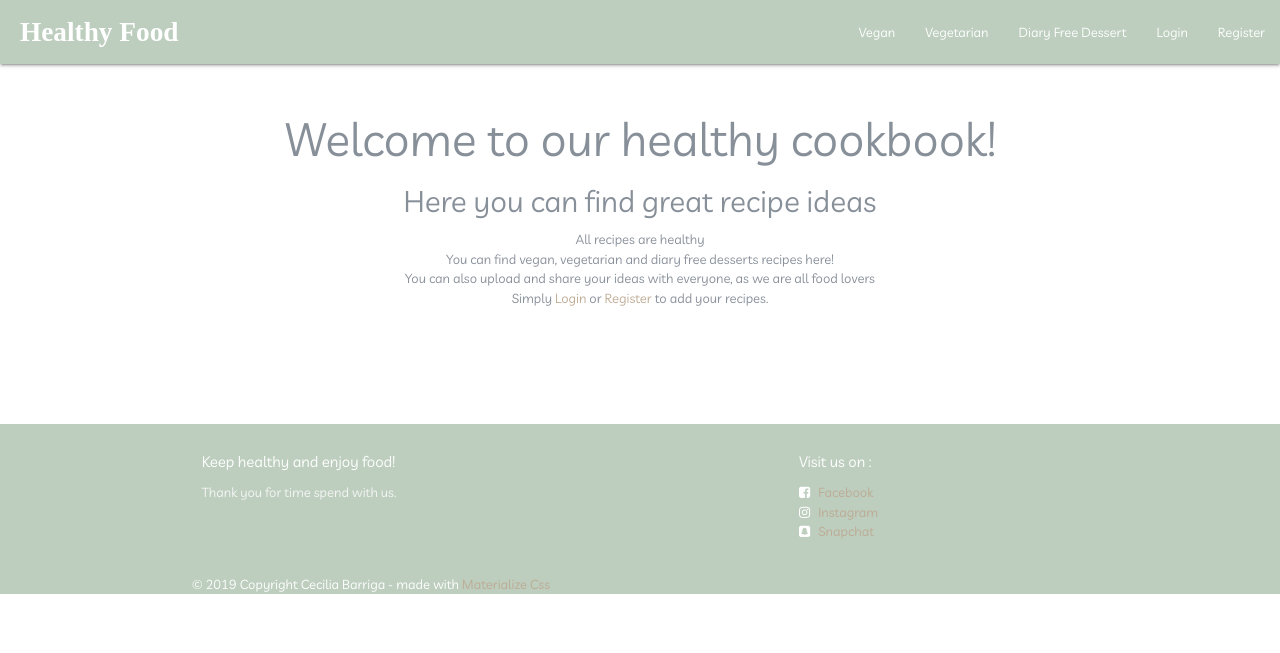
Repository: cesole/cookbook
Page: http://localhost/
The author's editor kept a record of every edit. The page is drawn from the files as they stood at one moment, then again after the next edit.
The browser window is 1280 px wide. The pictures show the whole page.
Some web fonts or font styles are not loaded; a fallback is used. The page is served by the project's application, run on Flask 3 (app.py).

Above is the page before.

### templates/index.html
{% extends 'base.html'%}
{% block content %}
<div class="container-fluid" style="{{ url_for('static', filename='images/background.jpg') }}" id="index">
    <h2>Welcome to our healthy cookbook!</h2>
    <h4>Here you can find great recipe ideas</h4>
     <p class="index">All recipes are healthy<br>You can find vegan, vegetarian and diary free desserts recipes here!<br>
                                                    You can also upload and share your ideas with everyone, as we are all food lovers<br>
                                                    Simply <a class="orange-text text-lighten-3" href="{{url_for('login')}}">Login</a> or <a class="orange-text text-lighten-3" href="{{url_for('register')}}">Register</a> to add your recipes.</p>
</div>
{% endblock %}

### templates/base.html
<!DOCTYPE html>
<html lang="en">

<head>
    <meta charset="UTF-8">
    <meta name="viewport" content="width=device-width, initial-scale=1.0">

    <link href="https://fonts.googleapis.com/icon?family=Material+Icons" rel="stylesheet">
    <!-- Compiled and minified CSS -->
    <link rel="stylesheet" href="{{ url_for('static', filename='css/materialize.min.css') }}" type="text/css" />
    <link href="https://stackpath.bootstrapcdn.com/font-awesome/4.7.0/css/font-awesome.min.css" rel="stylesheet" integrity="sha384-wvfXpqpZZVQGK6TAh5PVlGOfQNHSoD2xbE+QkPxCAFlNEevoEH3Sl0sibVcOQVnN" crossorigin="anonymous">
    <link href="https://fonts.googleapis.com/css?family=Livvic|Londrina+Outline&display=swap" rel="stylesheet">
    <link rel="stylesheet" href="{{ url_for('static', filename='css/style.css') }}" type="text/css" />


    <title>Cookbook</title>
</head>

<body class="container-fluid">
    <nav>
        <div class="nav-wrapper">
            <a href="{{url_for('index')}}" class="brand-logo">Healthy Food</a>
            <a href="#" data-target="mobile-demo" class="sidenav-trigger"><i class="material-icons">menu</i></a>
            <ul class="right hide-on-med-and-down">
                {% if session.username %}
                <li>Hello, {{ session.username }}!</li>
                {% endif %}
                <li><a href="{{url_for('vegan')}}">Vegan</a></li>
                <li><a href="{{url_for('vegetarian')}}">Vegetarian</a></li>
                <li><a href="{{url_for('dessert')}}">Diary Free Dessert</a></li>
                {% if not session.username %}
                <li><a href="{{url_for('login')}}">Login</a></li>
                <li><a href="{{url_for('register')}}">Register</a></li>
                {% else %}
                <li><a href="{{url_for('get_my_recipes')}}">My Recipes</a></li>
                <li><a href="{{url_for('logout')}}">Logout</a></li>
                {% endif %}
            </ul>
        </div>
        <ul class="sidenav" id="mobile-demo">
            {% if session.username %}
            <li>Hello, {{ session.username }}!</li>
            {% endif %}
            <li><a href="{{url_for('vegan')}}">Vegan</a></li>
            <li><a href="{{url_for('vegetarian')}}">Vegetarian</a></li>
            <li><a href="{{url_for('dessert')}}">Diary Free Dessert</a></li>
            {% if not session.username %}
            <li><a href="{{url_for('login')}}">Login</a></li>
            <li><a href="{{url_for('register')}}">Register</a></li>
            {% else %}
            <li><a href="{{url_for('get_my_recipes')}}">My Recipes</a></li>
            <li><a href="{{url_for('logout')}}">Logout</a></li>
            {% endif %}
        </ul>
    </nav>

    <div class="container-fluid">
        <main>{% block content %}{% endblock %}</main>
    </div>

    <footer class="page-footer">
        <div class="container">
            <div class="row">
                <div class="col l6 s12">
                    <h6 class="white-text">Keep healthy and enjoy food!</h6>
                    <p class="grey-text text-lighten-4">Thank you for time spend with us.</p>
                </div>
                <div class="col l4 offset-l2 s12">
                    <h6 class="white-text">Visit us on :</h6>
                    <ul>
                        <li><i class="fa fa-facebook-square"></i><a class="social-media" href="https://www.facebook.com/" target="_blank">Facebook</a></li>
                        <li><i class="fa fa-instagram"></i><a class="social-media" href="https://www.instagram.com/" target="_blank">Instagram</a></li>
                        <li><i class="fa fa-snapchat-square"></i><a class="social-media" href="https://www.snapchat.com/" target="_blank">Snapchat</a></li>
                    </ul>
                </div>
            </div>
            <div class="copyright">
                <div class="row">
                    © 2019 Copyright Cecilia Barriga - made with <a class="orange-text text-lighten-3" href="https://materializecss.com/" target="_blank">Materialize Css</a>
                </div>
            </div>
        </div>
    </footer>


    <script src="https://code.jquery.com/jquery-3.3.1.slim.min.js" integrity="sha384-q8i/X+965DzO0rT7abK41JStQIAqVgRVzpbzo5smXKp4YfRvH+8abtTE1Pi6jizo" crossorigin="anonymous"></script>
    <!-- Compiled and minified JavaScript -->
    <script src="https://cdnjs.cloudflare.com/ajax/libs/materialize/1.0.0/js/materialize.min.js"></script>

    <script>
        $(document).ready(function() {
            $('.sidenav').sidenav();
            $('.parallax').parallax();
            $('.carousel').carousel();
            $('.slider').slider();
            $('select').formSelect();
        });
    </script>

</body>

</html>

### app.py
import os
from flask import Flask, render_template, flash, redirect, request, url_for, session, make_response, current_app
from flask_pymongo import PyMongo
import pymongo
from pymongo import MongoClient
from bson.objectid import ObjectId
import json
from datetime import datetime
from functools import update_wrapper


app = Flask(__name__)
app.config["MONGO_DBNAME"] = 'cook_book'
app.config["MONGO_URI"] = os.getenv('MONGO_URI', 'mongodb://localhost')
app.config['SECRET_KEY'] = "cooking_book"


mongo = PyMongo(app)




@app.route('/')
@app.route('/index')
def index():
    return render_template('index.html')

@app.route('/vegan')
def vegan():
    return render_template('vegan.html',
                            meals=mongo.db.meals.find())

@app.route('/vegetarian')
def vegetarian():
    return render_template('vegetarian.html',
                            meals=mongo.db.meals.find())

@app.route('/dessert')
def dessert():
    return render_template('dessert.html',
                            meals=mongo.db.meals.find())

@app.route('/login', methods=["POST", "GET"])
def login():
    users = mongo.db.users
    login_user = users.find_one({"username" : request.form.get("username", False)})
    if login_user:
        if (request.form['pass']) == login_user['password']:
            session['username'] = request.form['username']
            return redirect(url_for('index'))
        flash('Invalid username/password combination')

    return render_template('login.html')




@app.route('/register', methods=["POST", "GET"])
def register():
    if request.method == "POST":
        users = mongo.db.users
        existing_user = users.find_one({"username" : request.form['username']})
        if existing_user is None:
            users.insert({'username' : request.form['username'],
                            'password' : request.form['pass']
            })
            session['username'] = request.form['username']
            return redirect(url_for('index'))
        flash("Username already exist! Try again!")
    return render_template('register.html')


@app.route('/get_my_recipes', methods=['GET', 'POST'])
def get_my_recipes():
    if not 'username' in session:
        return redirect('/login')
    else:
        meals = mongo.db.meals.find()
        return render_template('user_recipes.html',
                           user=session['username'],
                        meals=meals)

@app.route('/add_recipe')
def add_recipe():
    return render_template('add_recipe.html',
                            categories=mongo.db.categories.find(),
                            meals=mongo.db.meals.find())


@app.route('/insert_recipe', methods=['POST'])
def insert_recipe():
    meals =  mongo.db.meals
    meals.insert_one(request.form.to_dict())
    return render_template('user_recipes.html',
    categories=mongo.db.categories.find(),
                            meals=mongo.db.meals.find())


@app.route('/delete_recipe/<meal_id>')
def delete_recipe(meal_id):
    mongo.db.meals.remove({'_id': ObjectId(meal_id)})
    return redirect(url_for('get_my_recipes'))


@app.route('/edit_recipe/<meal_id>')
def edit_recipe(meal_id):
    the_meal =  mongo.db.meal.find_one({"_id": ObjectId(meal_id)})
    all_categories =  mongo.db.categories.find()
    return render_template('edit_recipe.html', meal=the_meal,
                           categories=all_categories)


@app.route('/update_recipe/<meal_id>', methods=["POST"])
def update_recipe(meal_id):
    meals = mongo.db.meals
    meals.update( {'_id': ObjectId(meal_id)},
    {
        'dish_name':request.form.get('dish_name'),
        'category_name':request.form.get('category_name'),
        'dish_description': request.form.get('dish_description'),
        'ingredient_one': request.form.get('ingredient_one'),
        'ingredient_two': request.form.get('ingredient_two'),
        'ingredient_three': request.form.get('ingredient_three'),
        'ingredient_four': request.form.get('ingredient_four'),
        'ingredient_five': request.form.get('ingredient_five'),
        'ingredient_six': request.form.get('ingredient_six'),
        'step_one': request.form.get('step_one'),
        'step_two': request.form.get('step_two'),
        'step_three': request.form.get('step_three'),
        'step_four': request.form.get('step_four'),
        'step_five': request.form.get('step_five'),
        'step_six': request.form.get('step_six'),
        'image': request.form.get('image'),
        'cook_time': request.form.get('cook_time'),
        'prep_time': request.form.get('prep_time'),
        'author': request.form.get('author')
    })
    return redirect(url_for('get_my_recipes'))



@app.route('/logout')
def logout():
    session.clear()
    return redirect(url_for('index'))

@app.route('/recipe/<meal_id>', methods=['GET', 'POST'])
def recipe(meal_id):
    the_meal =  mongo.db.meals.find_one({"_id": ObjectId(meal_id)})
    return render_template('recipe.html', meal=the_meal)


if __name__ == '__main__':
    app.run(host=os.environ.get('IP'),
            port=int(os.environ.get('PORT')),
            debug=True)

### static/css/style.css
#index {
    color: #878f99;
    text-align: center;
}

#index h2 {
    font-size: 3.56rem;
    line-height: 110%;
    margin: 0 !important;
    padding-top: 50px;
}

nav .nav-wrapper {
    position: relative;
    height: 100%;
    background-color: #bdcebe !important;
    color: white;
}

.index-container {
    margin-left: 30px;
    color: #878f99;
}

.brand-logo {
    font-family: 'Londrina Outline', cursive;
    font-weight: bold;
    margin-left: 20px;
}

html {
    font-family: 'Livvic', sans-serif;
}

.description {
    font-size: 1.5rem;
}

main {
    min-height: 50vh;
}

form {
    margin-top: 50px;
}

.meals {
    padding-top: 50px;
}

span.card-title {
    background-color: #d68d057a;
    width: 100%;
    padding: 10px !important;
}

.card-content {
    height: 100px;
}

/* Caption styles */

.caption {
    background-color: rgba(0, 0, 0, 0.1);
}

/* parallax styles */
.grey-text.text-darken-3 {
    color: white !important;
    text-align: center;
}

.font-grey {
    color: #878f99;
}

.header {
    color: #878f99;
    text-align: center;
}


.brown-text {
    color: #bdaa93 !important;
}


/* end of style */



/* end of styles */

.input-field label {
    color: #878f99 !important;
}


element.style {
}
.select-wrapper input.select-dropdown {
    position: relative;
    cursor: pointer;
    background-color: transparent;
    border: none;
    border-bottom: 1px solid #878f99;
    outline: none;
    height: 3rem;
    line-height: 3rem;
    width: 100%;
    font-size: 13px !important;
    margin: 0 0 8px 0;
    padding: 0;
    display: block;
}

.switch label {
    color: #878f99;
}

textarea.materialize-textarea {
    border-bottom: 1px solid black;
    box-shadow: 0 1px 0 0 black;
}

label.active {
    color: #878f99 !important;
    font-size: 14px !important;
}


.page-footer {
    padding-top: 20px;
    color: #fff;
    background-color: #bdcebe !important;
}

img.responsive-img {
    max-width: 70%;
    height: auto;
}


.flashes {
    text-align: center;
    font-size: 2rem;
}


.orange-text.text-lighten-3 {
    color: #bdaa93 !important;
}

.social-media {
    color: #bdaa93;
    margin-left: 8px;
}


/* MEDIA STYLE */

@media (max-width: 768px) {
    nav .brand-logo {
        font-size: 1rem;
    }
}

@media only screen and (min-width: 992px) {
html {
    font-size: 13px;
}
}

Loaded but not shown: static/css/materialize.min.css (library)

After the next edit:
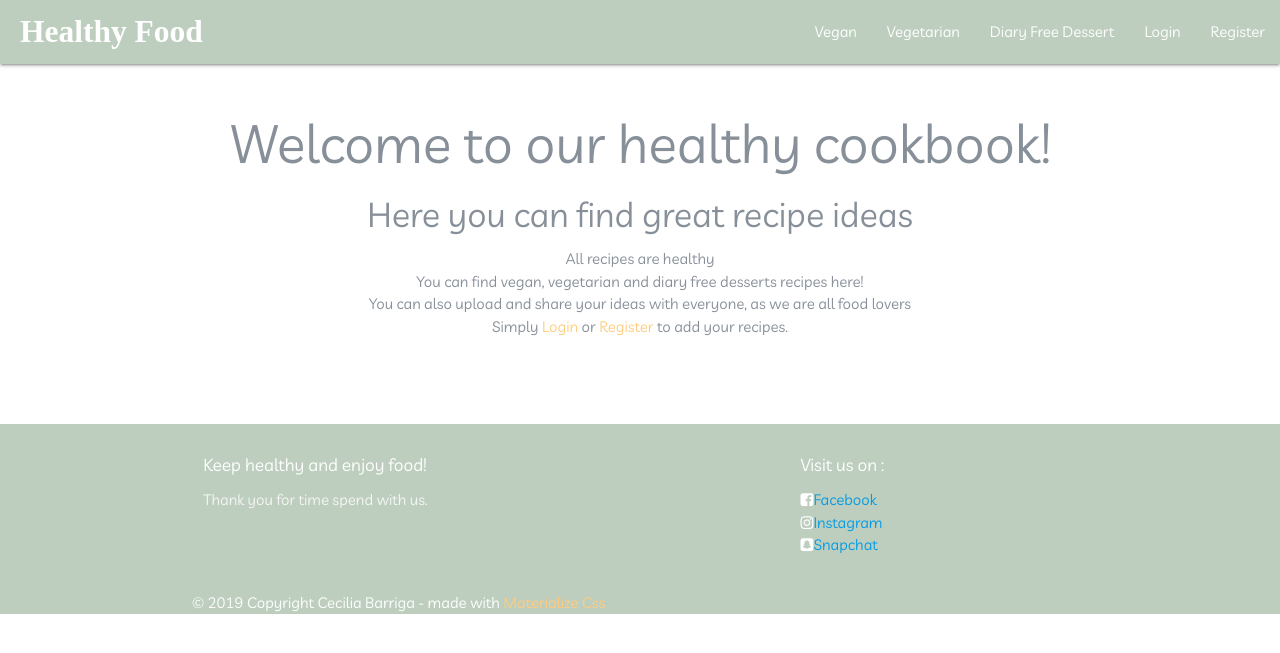
The edit:
--- a/static/css/style.css
+++ b/static/css/style.css
@@ -95,6 +95,21 @@
     color: #878f99 !important;
 }
 
+textarea.materialize-textarea {
+    border-bottom: 1px solid #878f99;
+    box-shadow: 0 1px 0 0 #878f99;
+}
+
+
+input[type=text]:not(.browser-default), textarea.materialize-textarea {
+    background-color: transparent;
+    border: none;
+    border-bottom: 1px solid #9e9e9e;
+    border-radius: 0;
+    outline: none;
+    height: 3rem;
+    width: 100%;
+    font-size: 16px;
 
 element.style {
 }

After the 2 edits that followed:
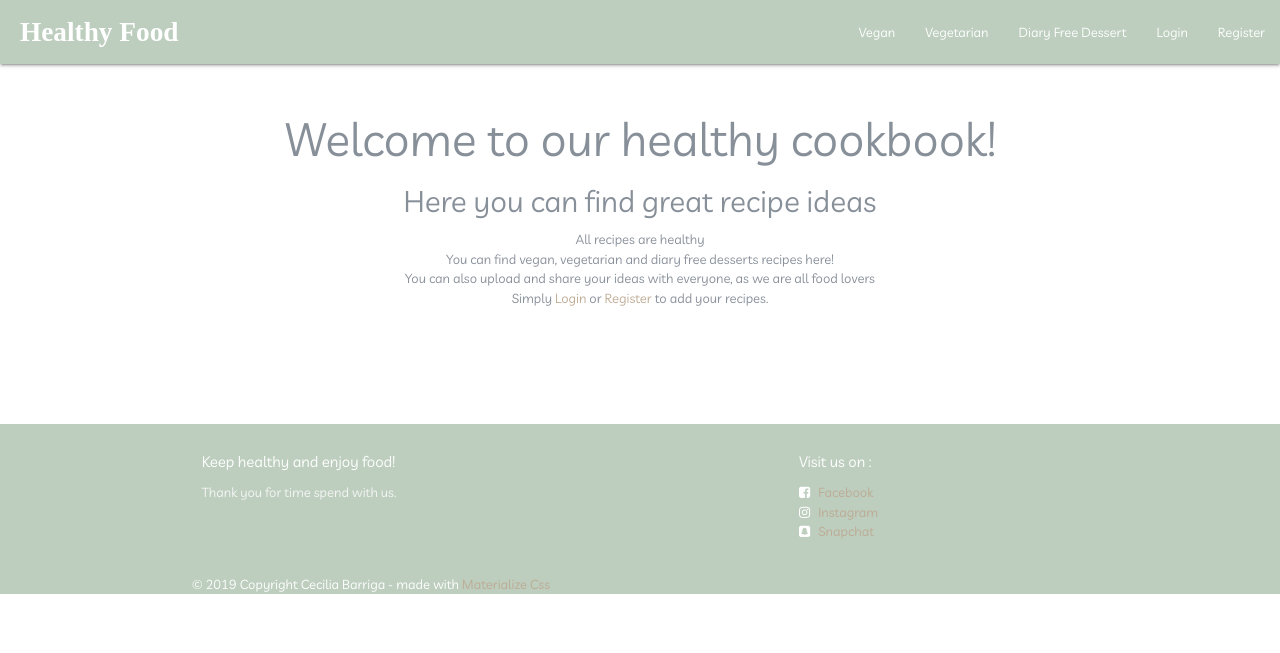
The 2 edits are shown as one change because 1 left the picture as it was.
The edit:
--- a/static/css/style.css
+++ b/static/css/style.css
@@ -102,14 +102,9 @@
 
 
 input[type=text]:not(.browser-default), textarea.materialize-textarea {
-    background-color: transparent;
-    border: none;
-    border-bottom: 1px solid #9e9e9e;
-    border-radius: 0;
-    outline: none;
-    height: 3rem;
-    width: 100%;
-    font-size: 16px;
+    border-bottom: 1px solid #878f99;
+    font-size: 13px !important;
+}
 
 element.style {
 }
